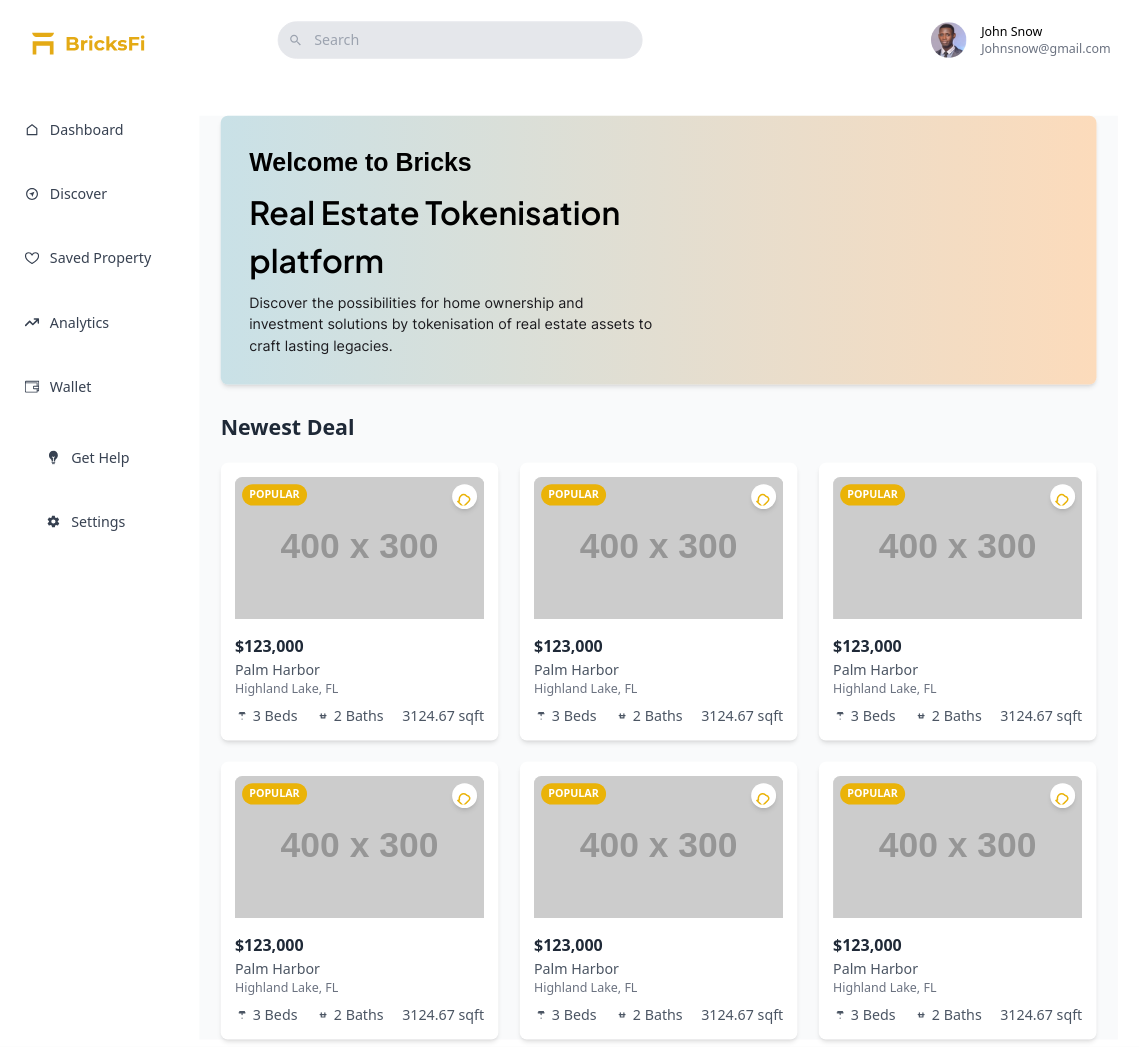
Repository: AyomideAkintade/BricksFi-Frontend
Page: /dashboard/discover (app in client/)
These files come from the project's save history. The page is drawn as it stood at one moment and after the next save; the edit follows.
The browser window is 1280 px wide. The pictures show the whole page, at 89% of full size.
The page's requests for data from a server got no answer. The project was rebuilt for these pictures with package versions that can differ from the ones it lists, and the page was loaded fresh each time. No one was signed in, and anything a server would have sent is missing. Also part of the build but not shown: client/src/components/navbar.jsx, client/src/components/home.jsx, client/src/components/homeSecond.jsx, client/src/components/homeThird.jsx, client/src/components/homeFifth.jsx, client/src/components/homeSixth.jsx, client/src/components/homeSeventh.jsx, client/src/api/base.js and 16 more.

Above is the page before, as saved 2024-10-04 23:37:40.

### client/src/index.css
@import "tailwindcss/base";
@import "tailwindcss/components";
@import "tailwindcss/utilities";


@layer utilities {
    @font-face {
      font-family: Bebas Neue;
      font-weight: 400;
      src: url(/src/assets/fonts/BebasNeue-Regular.ttf) format("truetype");
    }
    @font-face {
      font-family: Manrope;
      src: url(/src/assets/fonts/Manrope-VariableFont_wght.ttf) format("truetype");
    }
    @font-face {
      font-family: DM Sans;
      src: url(/src/assets/fonts/DMSans-VariableFont_opsz.ttf) format("truetype");
    }
    @font-face {
      font-family: inter;
      src: url(/src/assets/fonts/Inter-VariableFont_slnt\,wght.ttf) format("truetype");
    }
    @font-face {
      font-family: Archivo;
      src: url(/src/assets/fonts/Archivo-Bold.ttf) format("truetype");
    }
    @font-face {
      font-family: Rubik;
      src: url(/src/assets/fonts/Rubik-VariableFont_wght.ttf) format("truetype");
    }
    @font-face {
      font-family: CircularStd;
      src: url(/src/assets/fonts/CircularStd-Bold.ttf) format("truetype");
      src: url(/src/assets/fonts/CircularStd-Medium.ttf) format("truetype");
    }
    @font-face {
        font-family: Poppins;
        src: url(/src/assets/fonts/Poppins-Regular.ttf) format("truetype"), url(/src/assets/fonts/Poppins-Bold.ttf) format("truetype"), url(/src/assets/fonts/Poppins-Medium.ttf) format("truetype");
      }
    @font-face {
      font-family: Lato;
      src: url(/src/assets/fonts/Lato-Regular.ttf) format("truetype"), url(/src/assets/fonts/Lato-Bold.ttf) format("truetype");
    }
    @font-face {
      font-family: satoshi;
      src: url(/src/assets/fonts/Satoshi-Variable.ttf) format("truetype");
    }
    @font-face {
      font-family: ClashDisplay;
      src: url(/src/assets/fonts/ClashDisplay-Variable.ttf) format("truetype");
    }
    @font-face {
      font-family: Outfit;
      src: url(/src/assets/fonts/Outfit-VariableFont_wght.ttf) format("truetype");
    }
    @font-face {
      font-family: Futura;
      src: url(/src/assets/fonts/Futura-Std-Book.ttf) format("truetype");
    }
    @font-face {
      font-family: NeurialGrotesk;
      font-weight: normal;
      src:  url(/src/assets/fonts/NeurialGrotesk-Regular.otf) format("opentype");
    }
    @font-face {
      font-family: NeurialGrotesk;
      font-weight: bold;
      src:  url(/src/assets/fonts/NeurialGrotesk-Bold.otf) format("opentype");
    }
    @font-face {
      font-family: NeurialGrotesk;
      font-weight: 500;
      src:  url(/src/assets/fonts/NeurialGrotesk-Medium.otf) format("opentype");
    }
    @font-face {
        font-family: Jakarta;
        src:  url(/src/assets/fonts/PlusJakartaSans-VariableFont_wght.ttf) format("truetype");
      }
}

### client/src/App.js
import { BrowserRouter as Router, Route, Routes } from "react-router-dom";
import Home from "./pages/homePage";
import HomeFourth from "./components/login.jsx";
import HomeEight from "./components/signup.jsx";
import ForgotPasswordPage from "./components/forgotPassword.jsx";
import DashboardLayout from "./pages/dashboardLayout";
import DashboardPage from "./pages/dashboard.jsx";
import PieAnalytics from "./components/analytics.jsx";
import Discover from "./components/discover.jsx";
import SavedPropertyPage from "./components/savedProperties.jsx";
import { ToastContainer } from "react-toastify";
import 'react-toastify/dist/ReactToastify.css';
import { useEffect, useState } from "react";
import { BrCookies } from "./utils/storage/cookies.js";
// import DiscoverPage from "./pages/discover.jsx";
// import SavedPropertyPage from "./pages/savedProperty.jsx";

function App() {

  const [ loggedIn, setLoggedIn ] = useState(false);
  const [ isLoading, setLoading ] = useState(true);

  useEffect(()=>{
    const ck = new BrCookies(document);
    ck.getCookie('authToken')
      .then((value) => {
        setLoggedIn(true);
        setLoading(false);
      })
      .catch((e) => {
        setLoading(false);
        // this.setState({ isLoading: false }); // Set loading to false even if there is an error
      });
  }, [])
  if (isLoading) {
    return <div></div>;
  }

  return (
    <div>
      <ToastContainer limit={5} />
      {loggedIn ?
      <Router>
        <Routes>
          <Route path="*" element={<DashboardLayout />}>
            <Route index element={<DashboardPage />} />
          </Route>
          <Route path="/dashboard" element={<DashboardLayout />}>
            <Route index element={<DashboardPage />} />
            <Route path="discover" element={<Discover/>} />
            <Route path="saved-property" element={<SavedPropertyPage/>} />
            <Route path="analytics" element={<PieAnalytics />} />
          </Route>
        </Routes>
      </Router>
      :
      <Router>
        <Routes>
          {/* Public Routes */}
          <Route path="/" element={<Home />} />
          <Route path="/login" element={<HomeFourth />} />
          <Route path="/signup" element={<HomeEight />} />
          <Route path="/forgot-password" element={<ForgotPasswordPage />} />

          {/* Dashboard Routes with Sidebar and Header */}
          <Route path="/dashboard" element={<DashboardLayout />}>
            <Route index element={<DashboardPage />} />
            <Route path="discover" element={<Discover/>} />
            <Route path="saved-property" element={<SavedPropertyPage/>} />
            <Route path="analytics" element={<PieAnalytics />} />
          </Route>
        </Routes>
      </Router>
      }
    </div>
  );
}

export default App;

### client/src/pages/dashboardLayout.jsx
import React from 'react';
import Sidebar from '../components/sidebar';
import Header from '../components/header';
import { Outlet } from 'react-router-dom';

const DashboardLayout = () => {
  return (
    <div className="flex">
      {/* Sidebar */}
      <Sidebar />

      <div className="flex-1 ml-[200px]">
        {/* Header */}
        <Header />

        <div className="px-6 py-2">
          {/* Outlet will render the child routes here */}
          <Outlet />
        </div>
      </div>
    </div>
  );
};

export default DashboardLayout;

### client/src/components/discover.jsx
import React from 'react';

const properties = [
  {
    id: 1,
    price: "$123,000",
    name: "Palm Harbor",
    location: "Highland Lake, FL",
    bedrooms: 3,
    bathrooms: 2,
    area: "3124.67 sqft",
    imageUrl: "https://via.placeholder.com/400x300", // Replace with actual image URL
    popular: true,
  },
  {
    id: 2,
    price: "$123,000",
    name: "Palm Harbor",
    location: "Highland Lake, FL",
    bedrooms: 3,
    bathrooms: 2,
    area: "3124.67 sqft",
    imageUrl: "https://via.placeholder.com/400x300", // Replace with actual image URL
    popular: true,
  },
  {
    id: 3,
    price: "$123,000",
    name: "Palm Harbor",
    location: "Highland Lake, FL",
    bedrooms: 3,
    bathrooms: 2,
    area: "3124.67 sqft",
    imageUrl: "https://via.placeholder.com/400x300", // Replace with actual image URL
    popular: true,
  },
  {
    id: 4,
    price: "$123,000",
    name: "Palm Harbor",
    location: "Highland Lake, FL",
    bedrooms: 3,
    bathrooms: 2,
    area: "3124.67 sqft",
    imageUrl: "https://via.placeholder.com/400x300", // Replace with actual image URL
    popular: true,
  },
  {
    id: 5,
    price: "$123,000",
    name: "Palm Harbor",
    location: "Highland Lake, FL",
    bedrooms: 3,
    bathrooms: 2,
    area: "3124.67 sqft",
    imageUrl: "https://via.placeholder.com/400x300", // Replace with actual image URL
    popular: true,
  },
  {
    id: 6,
    price: "$123,000",
    name: "Palm Harbor",
    location: "Highland Lake, FL",
    bedrooms: 3,
    bathrooms: 2,
    area: "3124.67 sqft",
    imageUrl: "https://via.placeholder.com/400x300", // Replace with actual image URL
    popular: true,
  },
  // Add more property data as needed
];

const Discover = () => {
  return (
    <div className="bg-gray-50 min-h-screen">
      {/* Hero Section */}
      <section className="bg-gradient-to-r from-[#C9E1E7] to-[#FCDBBB] p-8 rounded-lg mx-6 my-8 shadow-md">
        <div className="grid grid-cols-1 md:grid-cols-2 items-center">
          <div className='flex flex-col gap-2'>
            <h1 className="text-[28px] font-semibold font-[sans-serif]">
              Welcome to Bricks
            </h1>
            <p className="text-[36px] font-semibold font-jakarta">
              Real Estate Tokenisation platform
            </p>
            <p className="text-[#1C1B1F] tracking-[2%] font-inter">
              Discover the possibilities for home ownership and investment
              solutions by tokenisation of real estate assets to craft lasting
              legacies.
            </p>
          </div>
          {/* <div>
            <img
              src="https://via.placeholder.com/600x400" // Replace with actual image URL
              alt="Real Estate Building"
              className="w-full rounded-lg"
            />
          </div> */}
        </div>
      </section>

      {/* Newest Deal Section */}
      <section className="px-6">
        <h2 className="text-2xl font-semibold text-gray-800 mb-6">Newest Deal</h2>
        <div className="grid grid-cols-1 md:grid-cols-3 lg:grid-cols-3 gap-6">
          {properties.map((property) => (
            <div key={property.id} className="bg-white p-4 rounded-lg shadow-md">
              <div className="relative">
                <img
                  src={property.imageUrl}
                  alt={property.name}
                  className="w-full h-40 object-cover rounded-t-lg"
                />
                {property.popular && (
                  <div className="absolute top-2 left-2 bg-yellow-500 text-white text-xs font-semibold px-2 py-1 rounded-full">
                    POPULAR
                  </div>
                )}
                <button className="absolute top-2 right-2 bg-white p-1 rounded-full shadow-md">
                  <svg
                    xmlns="http://www.w3.org/2000/svg"
                    fill="none"
                    viewBox="0 0 24 24"
                    stroke="currentColor"
                    className="w-5 h-5 text-yellow-500"
                  >
                    <path
                      strokeLinecap="round"
                      strokeLinejoin="round"
                      strokeWidth={2}
                      d="M5.121 17.804A4.992 4.992 0 015 15c0-1.38.56-2.63 1.464-3.536l.707-.707c.879-.88 2.03-1.464 3.537-1.464 1.507 0 2.658.584 3.537 1.464l.707.707A4.992 4.992 0 0119 15a4.992 4.992 0 01-1.465 3.535l-6.585 6.585a1 1 0 01-1.414 0l-6.585-6.585z"
                    />
                  </svg>
                </button>
              </div>
              <div className="mt-4">
                <h3 className="text-lg font-semibold text-gray-800">{property.price}</h3>
                <p className="text-gray-600">{property.name}</p>
                <p className="text-sm text-gray-500">{property.location}</p>
                <div className="flex items-center justify-between mt-2">
                  <div className="flex items-center text-gray-600">
                    <svg
                      xmlns="http://www.w3.org/2000/svg"
                      fill="none"
                      viewBox="0 0 24 24"
                      stroke="currentColor"
                      className="w-4 h-4 mr-1"
                    >
                      <path
                        strokeLinecap="round"
                        strokeLinejoin="round"
                        strokeWidth={2}
                        d="M8 7h8M7 9h10M12 12V9m0 9h.01"
                      />
                    </svg>
                    {property.bedrooms} Beds
                  </div>
                  <div className="flex items-center text-gray-600">
                    <svg
                      xmlns="http://www.w3.org/2000/svg"
                      fill="none"
                      viewBox="0 0 24 24"
                      stroke="currentColor"
                      className="w-4 h-4 mr-1"
                    >
                      <path
                        strokeLinecap="round"
                        strokeLinejoin="round"
                        strokeWidth={2}
                        d="M7 12h10M9 12v4h6v-4M9 9v3m6-3v3"
                      />
                    </svg>
                    {property.bathrooms} Baths
                  </div>
                  <div className="text-gray-600">{property.area}</div>
                </div>
              </div>
            </div>
          ))}
        </div>
      </section>
    </div>
  );
};

export default Discover;

### client/src/utils/storage/cookies.js

// eslint-disable-next-line no-unused-vars
class BrCookies {

    constructor(document) {
        this.document = document || (typeof document !== "undefined" ? document : null);
    }

    /**
     *
     * @param {Array<CookieData>} dataList
     */

    saveCookies(dataList){

        if (!Array.isArray(dataList)) {
            throw new Error("Data list must be an array.");
        }

        for (const data of dataList) {
            if (!(data instanceof CookieData)) {
                throw new Error("Invalid cookie data format.");
            }

            // save each cookie
            let cookieValue = `${data.name}=${data.value}; expires=${data.expiryDate.toUTCString()}; path=/`;

            // Set SameSite=None if running on localhost
            if (window.location.hostname !== 'localhost') {

                cookieValue += '; SameSite=Strict; Secure'
            }

            this.document.cookie = cookieValue;
        }
    }

    async getCookie(name) {
        return new Promise((resolve, reject) => {
          const cookies = this.document.cookie.split('; ');
          for (const cookie of cookies) {
            const [cookieName, cookieValue] = cookie.split('=');
            if (cookieName === name) {
              resolve(cookieValue);
              return;
            }
          }
          reject(new Error(`Cookie with name ${name} not found.`));
        });
    }

    removeCookie(name) {
        this.document.cookie = name + "=;Path=/;expires=Thu, 01 Jan 1970 00:00:00 GMT";
    }

    removeAllCookies() {
        const cookies = this.document.cookie.split(";");
        for (var i = 0; i < cookies.length; i++) {
            const cookie = cookies[i];
            const eqPos = cookie.indexOf("=");
            const name = eqPos > -1 ? cookie.substr(0, eqPos) : cookie;
            document.cookie = name + "=;Path=/;expires=Thu, 01 Jan 1970 00:00:00 GMT";
        }
    }
}


class CookieData {
    constructor(name, value, expiryDate) {

        if (typeof name !== "string" || typeof value !== "string" || !(expiryDate instanceof Date) || name.length === 0) {
            throw new Error("Invalid CookieData format.");
        }

        this.name = name;
        this.value = value;
        this.expiryDate = expiryDate;
    }
}

function createCookieDate(timeInSec) {

    const timeInDays = timeInSec / (3600 * 24);

    const currentDate = new Date();

    const futureDate = new Date();
    futureDate.setDate(currentDate.getDate() + timeInDays);


    return futureDate
}


export { BrCookies, CookieData, createCookieDate };

### client/src/components/sidebar.jsx
import React from 'react';
import { Link } from 'react-router-dom';
import { RiHomeLine } from "react-icons/ri";
import { RiCompassDiscoverLine } from "react-icons/ri";
import { GrFavorite } from "react-icons/gr";
import { FaArrowTrendUp } from "react-icons/fa6";
import { TfiWallet } from "react-icons/tfi";
import { IoBulbSharp } from "react-icons/io5";
import { IoMdSettings } from "react-icons/io";
import BricksFi from "../assets/bricksfi.svg"

const Sidebar = () => {
  return (
    <aside className="bg-white h-screen w-[15%] fixed p-3 min-w-[200px]">
      <div className="p-6">
        <img
        src={BricksFi}
        alt='BricksFi'
        className='w-full'
        />
      </div>
      <nav className="mt-8">
        <ul className="space-y-4">
          <li className="p-4 hover:bg-yellow-100">
            <Link to="/dashboard" className="flex items-center text-gray-700">
              <RiHomeLine className="mr-3" /> Dashboard
            </Link>
          </li>
          <li className="p-4 hover:bg-yellow-100">
            <Link to="/dashboard/discover" className="flex items-center text-gray-700">
              <RiCompassDiscoverLine className="mr-3" /> Discover
            </Link>
          </li>
          <li className="p-4 hover:bg-yellow-100">
            <Link to="/dashboard/saved-property" className="flex items-center text-gray-700">
              <GrFavorite className="mr-3" /> Saved Property
            </Link>
          </li>
          <li className="p-4 hover:bg-yellow-100">
            <Link to="/dashboard/analytics" className="flex items-center text-gray-700">
              <FaArrowTrendUp className="mr-3" /> Analytics
            </Link>
          </li>
          <li className="p-4 hover:bg-yellow-100">
            <Link to="/dashboard/wallet" className="flex items-center text-gray-700">
              <TfiWallet className="mr-3" /> Wallet
            </Link>
          </li>
        </ul>
      </nav>
      <div className="mt-auto p-6">
        <ul className="space-y-4">
          <li className="p-4 hover:bg-yellow-100">
            <Link to="/" className="flex items-center text-gray-700">
              <IoBulbSharp className="mr-3" /> Get Help
            </Link>
          </li>
          <li className="p-4 hover:bg-yellow-100">
            <Link to="/" className="flex items-center text-gray-700">
              <IoMdSettings className="mr-3" /> Settings
            </Link>
          </li>
        </ul>
      </div>
    </aside>
  );
};

export default Sidebar;

### client/src/components/header.jsx
import React from 'react';
import COCO from "../assets/clem.jpeg"
import { IoMdSearch } from "react-icons/io";
import { IoNotificationsOutline } from "react-icons/io5";

const Header = () => {
  return (
    <div className="w-full flex gap-10 justify-between items-center py-6 bg-white sticky top-0 z-50 px-12" >
      {/* style={{boxShadow: "1px 1px 20px -8px #0000001A"}} */}
      <div className='px-16 w-full'>
      <div className="relative w-2/3">
        <input
          type="text"
          placeholder="Search"
          className="p-2 pl-10 w-full border rounded-full bg-gray-200 text-black focus:outline-none"
        />
        <IoMdSearch className="absolute left-3 top-1/2 transform -translate-y-1/2 text-gray-400" />
      </div>
      </div>
      <div className="flex items-center space-x-4 ">
        <IoNotificationsOutline className="text-gray-700 text-2xl" />
        <img
          src={COCO}
          alt="profile"
          className="rounded-full h-10 w-10"
        />
        <div className="">
          <span className="block text-sm font-medium">John Snow</span>
          <span className="block text-sm text-gray-500">Johnsnow@gmail.com</span>
        </div>
      </div>
    </div>
  );
};

export default Header;

### client/tailwind.config.js
/** @type {import('tailwindcss').Config} */
module.exports = {
  content: ["./src/**/*.{html,js,jsx}"],
  theme: {
    extend: {
      fontFamily: {
        Bebas: ['Bebas Neue'],
        Manrope: ['Manrope'],
        dmsans: ['DM Sans'],
        inter: ['inter'],
        Archivo: ['Archivo'],
        Rubik: ['Rubik'],
        CircularStd: 'CircularStd',
        Poppins: 'Poppins',
        Lato: 'Lato',
        satoshi: 'satoshi',
        ClashDisplay: 'ClashDisplay',
        outfit: 'Outfit',
        futura: 'Futura',
        Neurial: 'NeurialGrotesk',
        jakarta: 'Jakarta'
      }
    },
    screens: {
      sm: '640px',
      // => @media (min-width: 640px) { ... }

      md: '768px',
      // => @media (min-width: 768px) { ... }

      lg: '1024px',
      // => @media (min-width: 1024px) { ... }

      xl: '1280px',
      // => @media (min-width: 1280px) { ... }

      '2xl': '1536px',
      // => @media (min-width: 1536px) { ... }
      'custombp': {'raw': '(min-height: 375px),(min-width:768px)'}
    },
  },
  plugins: [],
}

Loaded but not shown: client/public/index.html (common file); client/src/index.js (common file); client/src/reportWebVitals.js (common file)

After the next save:
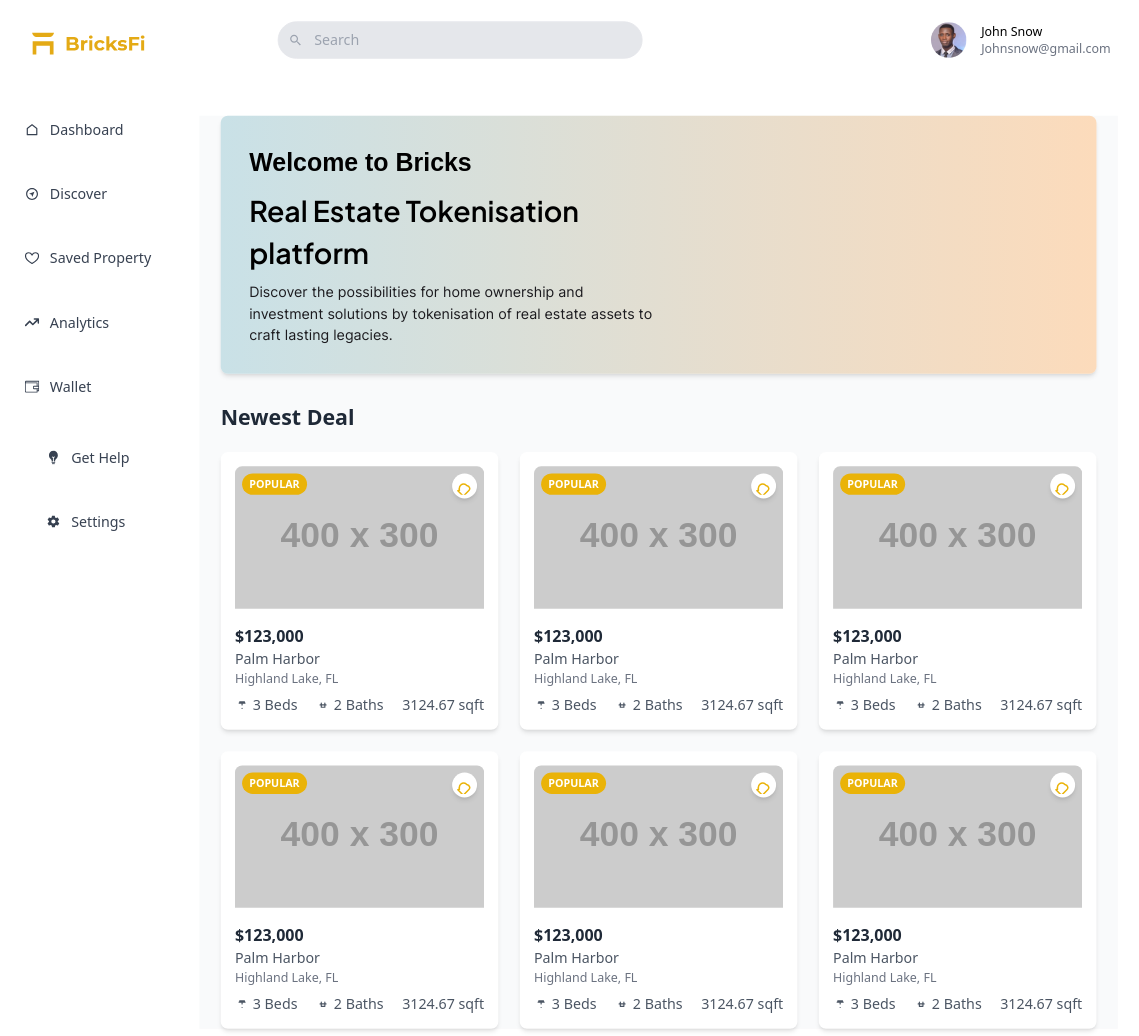
Saved 10 s later.
--- a/client/src/components/discover.jsx
+++ b/client/src/components/discover.jsx
@@ -80,7 +80,7 @@ const Discover = () => {
             <h1 className="text-[28px] font-semibold font-[sans-serif]">
               Welcome to Bricks
             </h1>
-            <p className="text-[36px] font-semibold font-jakarta">
+            <p className="text-[32px] font-semibold font-jakarta">
               Real Estate Tokenisation platform
             </p>
             <p className="text-[#1C1B1F] tracking-[2%] font-inter">
